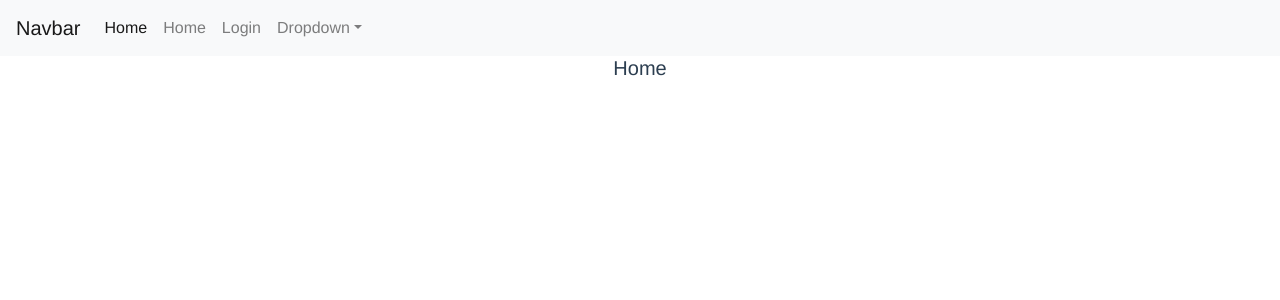
Repository: randrin/Firebase-Auth-Vue
Page: /
An editor plug-in stored every save of this project. The page is shown before and after the next save, followed by the edit.
The browser window is 1280 px wide. The pictures show the whole page.
The project was rebuilt for these pictures with package versions that can differ from the ones it lists, and the page was loaded fresh each time. Also part of the build but not shown: src/components/Profile.vue. Imported but missing from the stored project, and not drawn on this page: src/components/Login.

Above is the page before, as saved 2020-08-07 10:21:21.

### index.html
<!DOCTYPE html>
<html>
  <head>
    <meta charset="utf-8">
    <meta name="viewport" content="width=device-width,initial-scale=1.0">
    <title>firebase-vue-project</title>
  </head>
  <body>
    <div id="app"></div>
    <!-- built files will be auto injected -->
  </body>
</html>

### src/main.js
// The Vue build version to load with the `import` command
// (runtime-only or standalone) has been set in webpack.base.conf with an alias.
import Vue from 'vue'
import App from './App'
import router from './router'
import "bootstrap/dist/css/bootstrap.min.css";
import "bootstrap/dist/js/bootstrap.min.js";

Vue.config.productionTip = false

/* eslint-disable no-new */
new Vue({
  el: '#app',
  router,
  components: { App },
  template: '<App/>'
})

### src/router/index.js
import Vue from "vue";
import Router from "vue-router";
import Login from "@/components/Login";
import Home from "@/components/Home";
import Profile from "@/components/Profile";

Vue.use(Router);

export default new Router({
  mode: "history",

  routes: [
    {
      path: "/profile",
      name: "Profile",
      component: Profile
    },
    {
      path: "/login",
      name: "Login",
      component: Login
    },
    {
      path: "/",
      name: "Home",
      component: Home
    }
  ]
});

### src/components/Home.vue
<template>
    <section>
        <navigation></navigation>
        <h5 class="center-align">Home</h5>
    </section>
</template>

<script>
import navigation from "@/components/NavBar.vue";
export default {
    data() {
        return {};
    },
    components: {
        navigation
    }
};
</script>

<style>
</style>

### src/components/NavBar.vue
<template>
  <nav class="navbar navbar-expand-lg navbar-light bg-light">
    <a class="navbar-brand" href="#">Navbar</a>
    <button
      class="navbar-toggler"
      type="button"
      data-toggle="collapse"
      data-target="#navbarSupportedContent"
      aria-controls="navbarSupportedContent"
      aria-expanded="false"
      aria-label="Toggle navigation"
    >
      <span class="navbar-toggler-icon"></span>
    </button>

    <div class="collapse navbar-collapse" id="navbarSupportedContent">
      <ul class="navbar-nav mr-auto">
        <li class="nav-item active">
          <a class="nav-link" href="#">
            Home
            <span class="sr-only">(current)</span>
          </a>
        </li>
        <li class="nav-item">
          <router-link :to="{name: 'Home'}" class="nav-link">Home</router-link>
        </li>
        <li class="nav-item">
          <router-link :to="{name: 'Login'}" class="nav-link">Login</router-link>
        </li>
        <li class="nav-item dropdown">
          <a
            class="nav-link dropdown-toggle"
            href="#"
            id="navbarDropdown"
            role="button"
            data-toggle="dropdown"
            aria-haspopup="true"
            aria-expanded="false"
          >Dropdown</a>
          <div class="dropdown-menu" aria-labelledby="navbarDropdown">
            <a class="dropdown-item" href="#">Action</a>
            <a class="dropdown-item" href="#">Another action</a>
            <div class="dropdown-divider"></div>
            <a class="dropdown-item" href="#">Something else here</a>
          </div>
        </li>
      </ul>
    </div>
  </nav>
</template>

<script>
export default {};
</script>

Loaded but not shown: src/App.vue (common file)

After the next save:
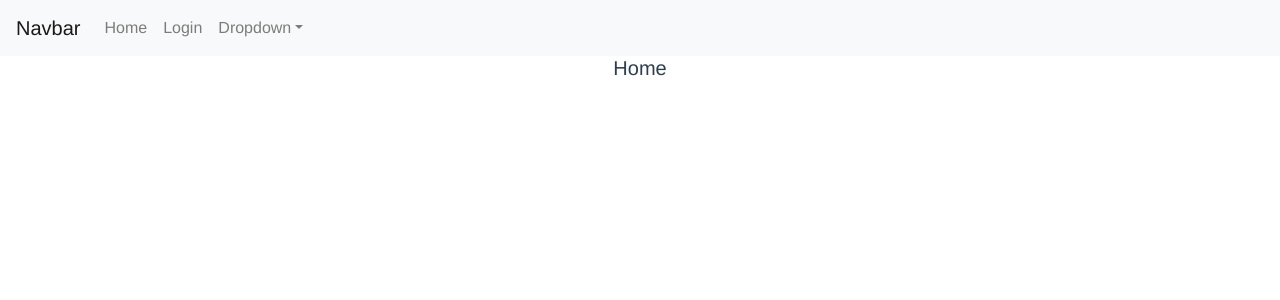
Saved 67 s later.
--- a/src/components/NavBar.vue
+++ b/src/components/NavBar.vue
@@ -16,10 +16,10 @@
     <div class="collapse navbar-collapse" id="navbarSupportedContent">
       <ul class="navbar-nav mr-auto">
         <li class="nav-item active">
-          <a class="nav-link" href="#">
+          <router-link class="nav-link" href="#">
             Home
             <span class="sr-only">(current)</span>
-          </a>
+          </router-link>
         </li>
         <li class="nav-item">
           <router-link :to="{name: 'Home'}" class="nav-link">Home</router-link>

After the save that followed:
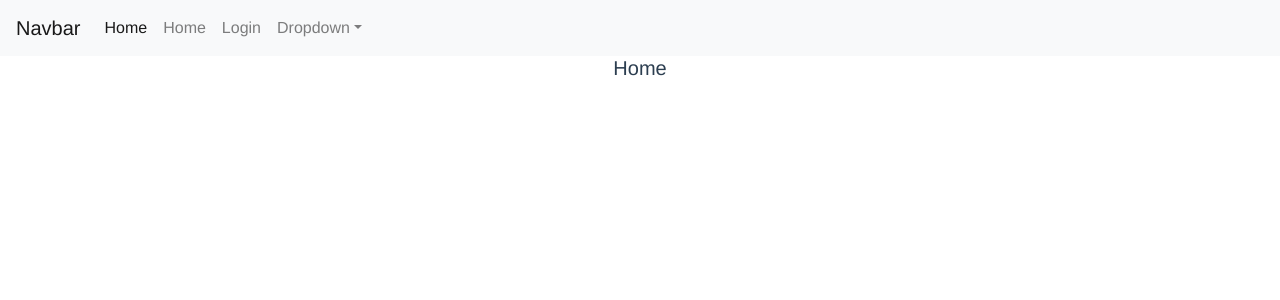
Saved 11 s later.
--- a/src/components/NavBar.vue
+++ b/src/components/NavBar.vue
@@ -16,7 +16,7 @@
     <div class="collapse navbar-collapse" id="navbarSupportedContent">
       <ul class="navbar-nav mr-auto">
         <li class="nav-item active">
-          <router-link class="nav-link" href="#">
+          <router-link class="nav-link" :to="{name: 'Home'}">
             Home
             <span class="sr-only">(current)</span>
           </router-link>
